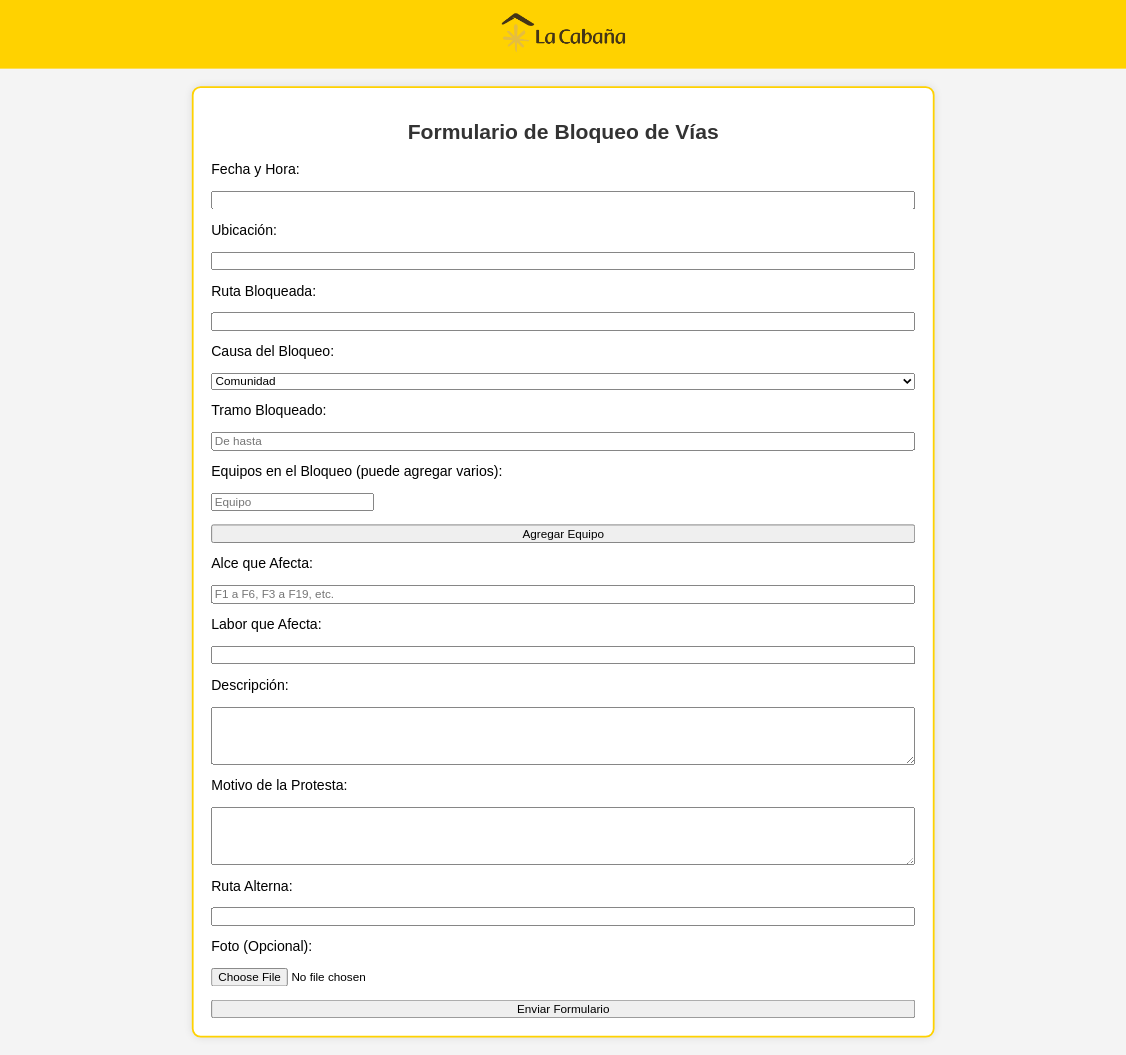
Repository: tayuanlogua/prototipo-de-control-de-accesos
Page: Patrullas/src/bloqueovias.html
An editor plug-in stored every save of this project. The page is shown before and after the next save, followed by the edit.
The browser window is 1280 px wide. The pictures show the whole page, at 88% of full size.

Above is the page before, as saved 2024-09-04 12:28:24.

### Patrullas/src/bloqueovias.html
<!DOCTYPE html>
<html lang="es">
  <head>
    <meta charset="UTF-8" />
    <meta name="viewport" content="width=device-width, initial-scale=1.0" />
    <title>Formulario de Bloqueo de Vías</title>
    <link rel="stylesheet" href="styles.css" />
  </head>
  <body>
    <header class="header">
      <img src="imagenes/LOGO.png" alt="Logo" class="logo" />
    </header>

    <div class="form-container">
      <h1>Formulario de Bloqueo de Vías</h1>
      <form
        id="bloqueoForm"
        action="process_bloqueo.php"
        method="POST"
        enctype="multipart/form-data"
      >
        <!-- Fecha y Hora (automático) -->
        <label for="fechaHora">Fecha y Hora:</label>
        <input type="text" id="fechaHora" name="fechaHora" readonly />

        <!-- Ubicación (automático) -->
        <label for="ubicacion">Ubicación:</label>
        <input type="text" id="ubicacion" name="ubicacion" readonly />

        <!-- Ruta Bloqueada -->
        <label for="rutaBloqueada">Ruta Bloqueada:</label>
        <input type="text" id="rutaBloqueada" name="rutaBloqueada" required />

        <!-- Causa del Bloqueo -->
        <label for="causaBloqueo">Causa del Bloqueo:</label>
        <select id="causaBloqueo" name="causaBloqueo" required>
          <option value="comunidad">Comunidad</option>
          <option value="accidente">Accidente</option>
          <option value="seguridad">Seguridad</option>
          <option value="deportiva">Deportiva</option>
        </select>

        <!-- Tramo Bloqueado -->
        <label for="tramoBloqueado">Tramo Bloqueado:</label>
        <input
          type="text"
          id="tramoBloqueado"
          name="tramoBloqueado"
          placeholder="De hasta"
          required
        />

        <!-- Equipos en el Bloqueo -->
        <label for="equiposBloqueo"
          >Equipos en el Bloqueo (puede agregar varios):</label
        >
        <div id="equiposContainer">
          <input type="text" name="equiposBloqueo[]" placeholder="Equipo" />
        </div>
        <button type="button" id="addEquipo">Agregar Equipo</button>

        <!-- Alce que Afecta -->
        <label for="alceAfecta">Alce que Afecta:</label>
        <input
          type="text"
          id="alceAfecta"
          name="alceAfecta"
          placeholder="F1 a F6, F3 a F19, etc."
          required
        />

        <!-- Labor que Afecta -->
        <label for="laborAfecta">Labor que Afecta:</label>
        <input type="text" id="laborAfecta" name="laborAfecta" required />

        <!-- Descripción -->
        <label for="descripcion">Descripción:</label>
        <textarea
          id="descripcion"
          name="descripcion"
          rows="4"
          required
        ></textarea>

        <!-- Motivo de la Protesta -->
        <label for="motivoProtesta">Motivo de la Protesta:</label>
        <textarea
          id="motivoProtesta"
          name="motivoProtesta"
          rows="4"
          required
        ></textarea>

        <!-- Ruta Alterna -->
        <label for="rutaAlterna">Ruta Alterna:</label>
        <input type="text" id="rutaAlterna" name="rutaAlterna" required />

        <!-- Foto Opcional -->
        <label for="foto">Foto (Opcional):</label>
        <input type="file" id="foto" name="foto" accept="image/*" />

        <!-- Botón de Enviar -->
        <input type="submit" value="Enviar Formulario" />
      </form>
    </div>

    <script>
      "bloqueovias.js";
    </script>
  </body>
</html>

### Patrullas/src/styles.css
/* Estilos generales para el body */
body {
  font-family: Arial, sans-serif;
  background-color: #f4f4f4;
  margin: 0;
  padding: 0;
}

/* Estilo para el logo en el header */
.header {
  background-color: #ffd200; /* Fondo amarillo para el logo */
  padding: 10px 0;
  text-align: center;
}

.logo {
  width: 150px;
  height: auto;
}

/* Estilos para el contenedor del formulario y novedades */
.form-container,
#maduranteForm,
#subsuelo-form,
#burnt-cane-form,
#motobombas-form,
#servicio-de-escolta-form,
.novedades-container {
  background-color: #ffffff;
  max-width: 800px; /* Ajustado al tamaño del formulario y novedades */
  margin: 20px auto;
  padding: 20px;
  border-radius: 10px;
  box-shadow: 0 0 10px rgba(0, 0, 0, 0.1);
  border: 2px solid #ffd200; /* Borde amarillo */
  display: flex;
  flex-direction: column;
  align-items: center;
}

/* Estilo para el título del formulario y novedades */
h1,
.novedades-title {
  text-align: center;
  color: #333;
  margin-bottom: 20px;
}

h1 {
  font-size: 24px;
}

.novedades-title {
  font-size: 28px;
}

/* Estilos para los formularios */
form {
  display: flex;
  flex-direction: column;
  gap: 15px;
  width: 100%;
}

.form-group {
  display: flex;
  flex-direction: column;
  gap: 5px;
}

.form-group label {
  font-size: 14px;
  color: #333;
  text-align: left;
  font-weight: bold;
}

.form-group input[type="text"],
.form-group input[type="number"],
.form-group input[type="time"],
.form-group input[type="date"],
.form-group select,
.form-group input[type="file"],
.form-group textarea {
  width: 100%;
  padding: 8px;
  border: 1px solid #ccc;
  border-radius: 5px;
  box-sizing: border-box;
  font-size: 14px;
}

.form-group input[type="file"] {
  padding: 3px; /* Ajuste para que se vea mejor */
}

.form-group textarea {
  resize: vertical;
}

.form-group select {
  padding: 8px;
}

/* Estilo para el grupo de radio buttons */
.radio-group {
  display: flex;
  justify-content: space-between;
  max-width: 200px;
}

.radio-group label {
  display: flex;
  align-items: center;
  gap: 5px;
  font-size: 14px;
  color: #333;
}

input[type="radio"] {
  margin-left: 10px;
}

/* Estilo para las entradas múltiples */
.multi-input-group {
  display: flex;
  flex-direction: column;
  gap: 10px;
  max-height: 300px;
  overflow-y: auto;
}

.multi-input-item {
  display: flex;
  align-items: center;
  gap: 10px;
}

.multi-input-item input {
  flex: 1;
}

.multi-input-item button {
  padding: 8px;
  background-color: #333;
  color: #ffd200;
  border: none;
  border-radius: 5px;
  cursor: pointer;
}

/* Estilo para botón de añadir más */
button.add-more {
  margin-top: 10px;
  padding: 10px;
  background-color: #ffd200;
  border: none;
  border-radius: 5px;
  cursor: pointer;
  color: #333;
}

button.add-more:hover {
  background-color: #ffbf00;
}

/* Estilo para el botón de envío */
button[type="submit"] {
  display: block;
  width: 100%;
  padding: 10px;
  background-color: #333;
  color: #ffd200; /* Color amarillo para el botón de envío */
  border: none;
  border-radius: 5px;
  font-size: 16px;
  cursor: pointer;
  transition: background-color 0.3s ease;
}

/* Estilos para el hover en botones */
button[type="submit"]:hover {
  background-color: #555;
}

/* Estilo para los enlaces de actividades */
.activities-form {
  display: flex;
  flex-direction: column;
  gap: 10px;
  width: 100%;
}

.activities-form a {
  text-decoration: none;
  color: #ffd200; /* Color amarillo para los enlaces */
  font-size: 18px;
  padding: 10px;
  border-radius: 5px;
  background-color: #ffffff;
  border: 1px solid #ccc;
  transition: background-color 0.3s, color 0.3s;
}

.activities-form a:hover {
  background-color: #ffd200; /* Color amarillo para el hover */
  color: #ffffff;
}

/* Estilos para las entradas de novedades */
.novedad-item {
  background-color: #f4f4f4;
  width: 100%;
  padding: 15px;
  margin-bottom: 15px;
  border-radius: 8px;
  border-left: 5px solid #ffd200; /* Línea amarilla a la izquierda */
  box-shadow: 0 0 5px rgba(0, 0, 0, 0.1);
  display: flex;
  flex-direction: column;
  gap: 10px;
}

/* Estilo para el título de cada novedad */
.novedad-item h2 {
  font-size: 20px;
  color: #333;
  margin: 0;
}

/* Estilo para la fecha de la novedad */
.novedad-item .novedad-date {
  font-size: 14px;
  color: #777;
  text-align: right;
}

/* Estilo para el contenido de la novedad */
.novedades-item p {
  font-size: 16px;
  color: #555;
  margin: 0;
}

/* Responsive design para dispositivos móviles */
@media (max-width: 480px) {
  .form-container,
  #maduranteForm,
  #subsuelo-form,
  #burnt-cane-form,
  #motobombas-form,
  #servicio-de-escolta-form,
  .novedades-container {
    width: 95%;
    padding: 15px;
  }

  h1 {
    font-size: 20px;
  }

  .novedades-title {
    font-size: 24px;
  }

  form input[type="text"],
  form input[type="number"],
  form input[type="time"],
  form input[type="date"],
  form select,
  form input[type="file"],
  form textarea,
  button[type="submit"],
  .activities-form a,
  .novedades-item h2,
  .novedades-item p {
    font-size: 14px;
  }
}

### Patrullas/src/hurtoequiposvehiculos.js
document.addEventListener("DOMContentLoaded", () => {
  // Función para obtener la fecha y hora actual
  function setFechaHora() {
    const fechaHoraInput = document.getElementById("fechaHora");
    const fechaHora = new Date().toLocaleString();
    fechaHoraInput.value = fechaHora;
  }

  // Función para obtener la ubicación actual usando la API de Geolocalización
  function setUbicacion() {
    const ubicacionInput = document.getElementById("ubicacion");

    // Verificar si la geolocalización está disponible
    if (navigator.geolocation) {
      navigator.geolocation.getCurrentPosition(
        (position) => {
          const lat = position.coords.latitude;
          const lon = position.coords.longitude;
          ubicacionInput.value = `Lat: ${lat.toFixed(6)}, Lon: ${lon.toFixed(
            6
          )}`;
        },
        (error) => {
          console.error("Error obteniendo la ubicación:", error);
          ubicacionInput.value = "No se pudo obtener la ubicación";
        }
      );
    } else {
      ubicacionInput.value = "Geolocalización no disponible";
    }
  }

  setFechaHora();
  setUbicacion();
});

After the next save:
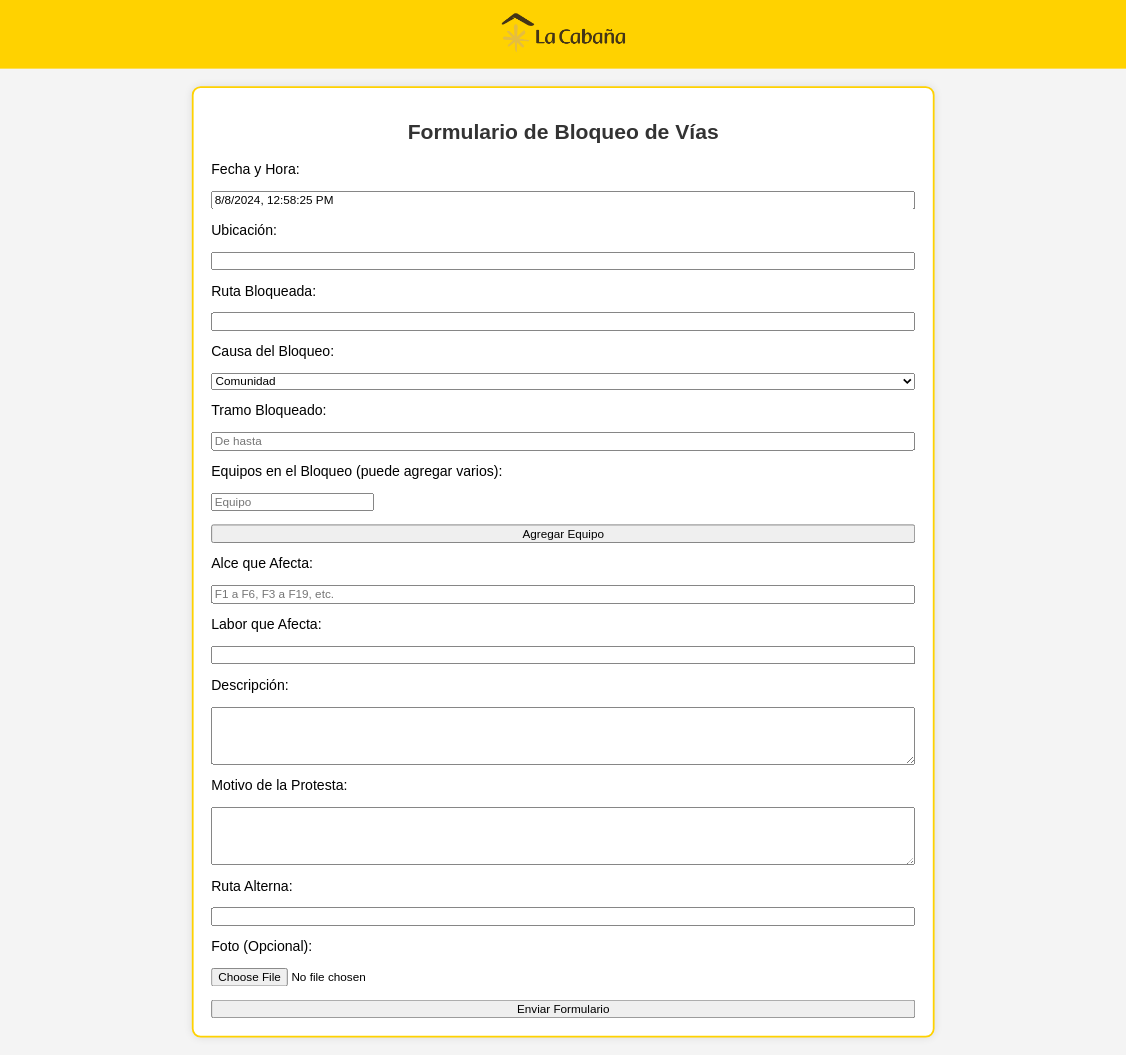
Saved 3 min 38 s later.
--- a/Patrullas/src/bloqueovias.html
+++ b/Patrullas/src/bloqueovias.html
@@ -104,8 +104,6 @@
       </form>
     </div>
 
-    <script>
-      "bloqueovias.js";
-    </script>
+    <script src="hurtoequiposvehiculos.js"></script>
   </body>
 </html>
